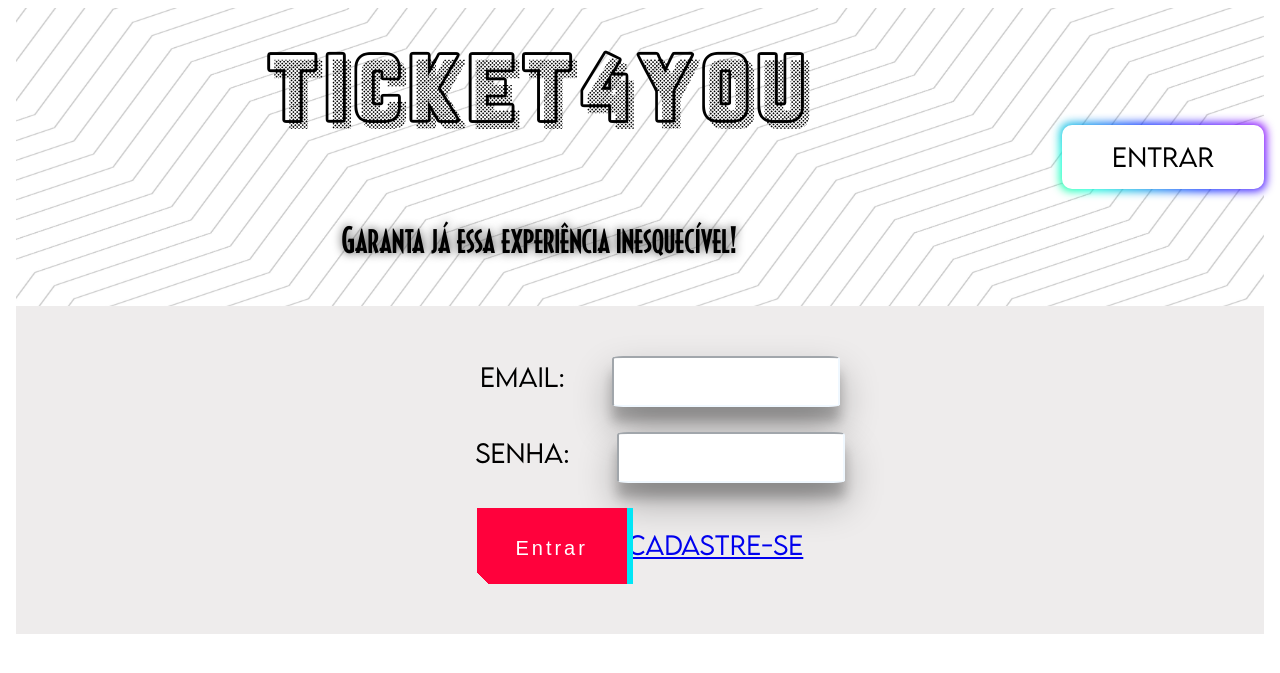
Repository: hellengurgaczz/projeto-DSA
Page: /login
An editor plug-in stored every save of this project. The page is shown before and after the next save, followed by the edit.
The browser window is 1280 px wide. The pictures show the whole page.
The project was rebuilt for these pictures with package versions that can differ from the ones it lists, and the page was loaded fresh each time. Also part of the build but not shown: angular.json, src/app/ingressos/templates/cadastrar/cadastrar.component.ts, src/app/models/ingresso.model.ts, src/app/services/ingresso.service.ts, src/app/compra/comprar-ingresso/comprar-ingresso.component.ts, src/app/models/compra.model.ts, src/app/services/compra.service.ts, src/app/ingressos/templates/deletar/deletar.component.ts and 3 more.

Above is the page before, as saved 2022-05-10 12:40:09.

After the next save:
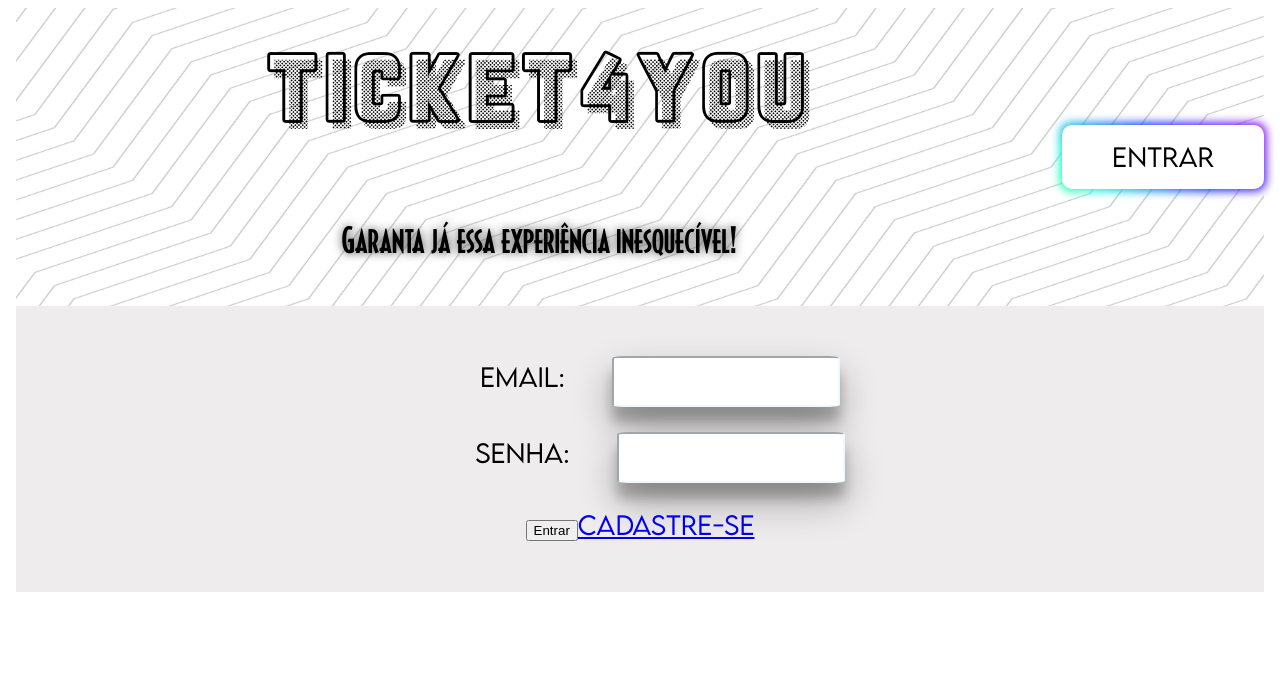
Saved 8 s later.
--- a/src/app/login/login.component.css
+++ b/src/app/login/login.component.css
@@ -30,45 +30,6 @@
   font-family: LEMONMILKLight;
 }
 
-button, button::after{
-  width: 150px;
-  height: 76px;
-  line-height: 78px;
-  font-size: 20px;
-  font-family: 'Bebas Neue', sans-serif;
-  background: linear-gradient(45deg, transparent 5%, #FF013C 5%);
-  border: 0;
-  color: #fff;
-  letter-spacing: 3px;
-  box-shadow: 6px 0px 0px #00E6F6;
-  outline: transparent;
-  position: relative;
-  user-select: none;
-  -webkit-user-select: none;
-  touch-action: manipulation;
-}
-
-button::after{
-  --slice-0: inset(50% 50% 50% 50%);
-  --slice-1: inset(80% -6px 0 0);
-  --slice-2: inset(50% -6px 30% 0);
-  --slice-3: inset(10% -6px 85% 0);
-  --slice-4: inset(40% -6px 43% 0);
-  --slice-5: inset(80% -6px 5% 0);
-
-  content: 'ALTERNATE TEXT';
-  display: block;
-  position: absolute;
-  top: 0;
-  left: 0;
-  right: 0;
-  bottom: 0;
-  background: linear-gradient(45deg, transparent 3%, #00E6F6 3%, #00E6F6 5%, #FF013C 5%);
-  text-shadow: -3px -3px 0px #F8F005, 3px 3px 0px #00E6F6;
-  clip-path: var(--slice-0);
-}
-
-
 
 
 
